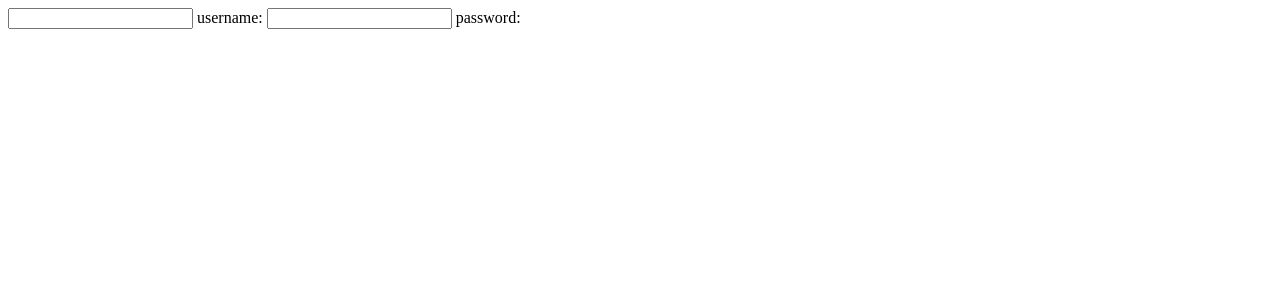
Repository: RayDuanChn/JavaLearning
Page: Login/WebContent/WEB-INF/login.html
The author's editor kept a copy of each file at every save. The page is drawn from the files as they stood at one save, then again after the next save.
The browser window is 1280 px wide. The pictures show the whole page.

Above is the page before, as saved 2018-04-09 18:16:22.

After the next save:
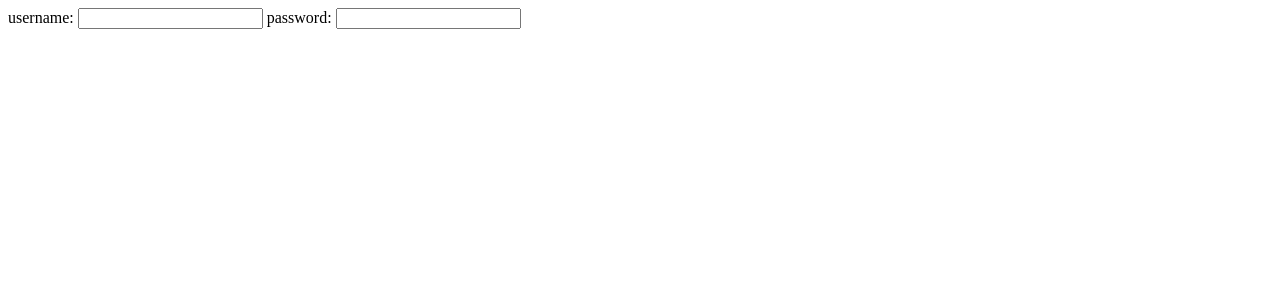
Saved 59 s later.
--- a/Login/WebContent/WEB-INF/login.html
+++ b/Login/WebContent/WEB-INF/login.html
@@ -7,8 +7,8 @@
 <body>
 
 	<form>
-		<input type="text" > username: </input>
-		<input type="password"> password: </input>
+		username: <input type="text" />
+		password: <input type="password" />
 	</form>
 </body>
 </html>
